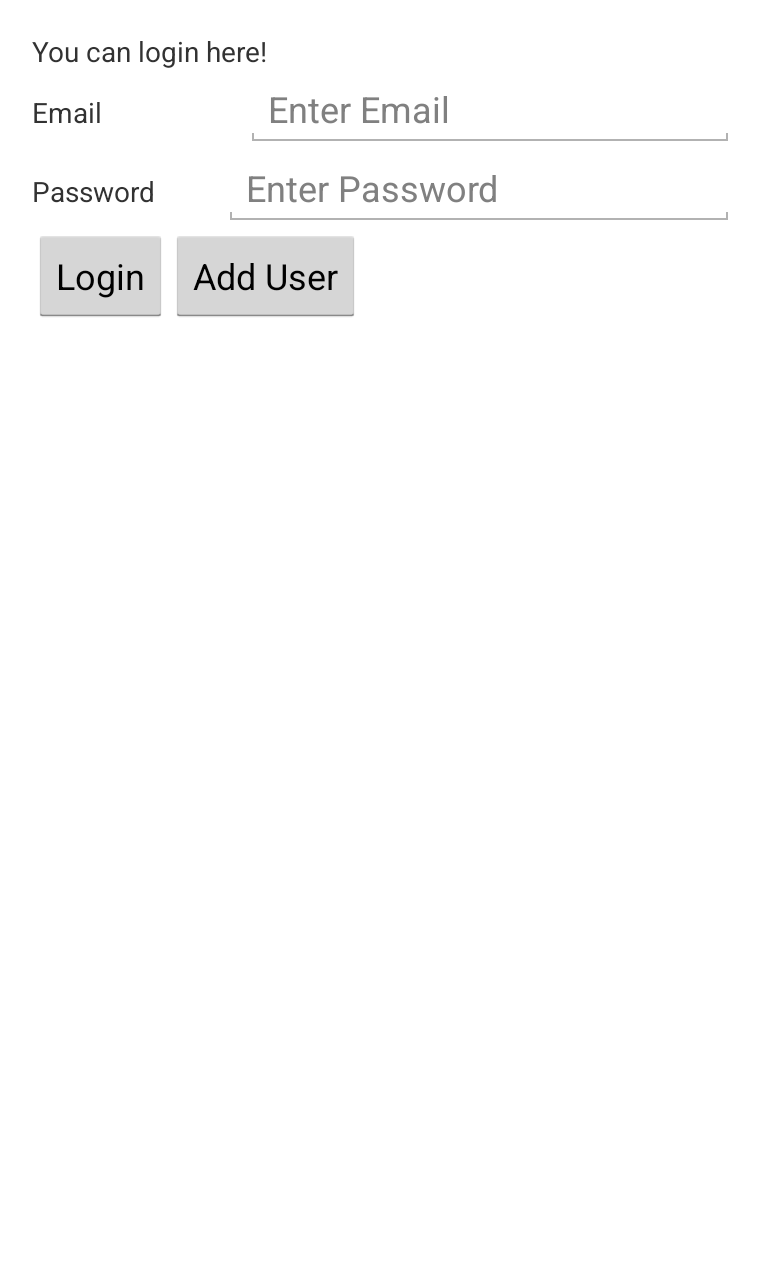
Repository: akhilnambiar/CS186_warmup1
Layout: frontend/LoginCounter/res/layout/activity_main.xml
The author's editor kept a copy of each file at every save. The layout is drawn from the files as they stood at one save, then again after the next save.
It is drawn on a 768 x 1280 px phone screen (xhdpi) without system bars, with theme AppTheme; the app's code is not run.

Above is the layout before, as saved 2014-02-19 18:22:34.

After the next save:
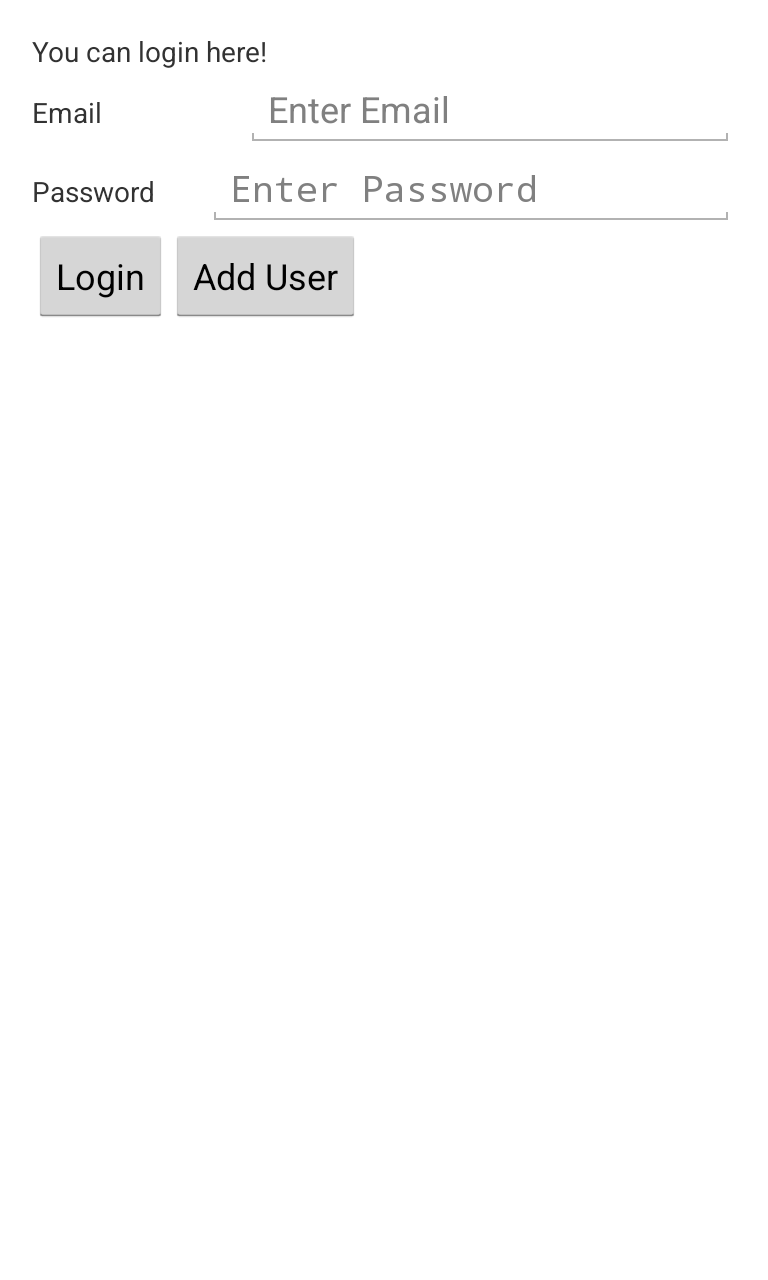
Saved 96 s later.
--- a/frontend/LoginCounter/res/layout/activity_main.xml
+++ b/frontend/LoginCounter/res/layout/activity_main.xml
@@ -46,7 +46,8 @@
         android:layout_width="wrap_content"
         android:layout_height="wrap_content"
         android:hint="@string/pass_message"
-        android:layout_weight="7" />
+        android:layout_weight="7"
+        android:password="true" />
     </LinearLayout>
     <LinearLayout
         android:layout_width="fill_parent"

After the save that followed:
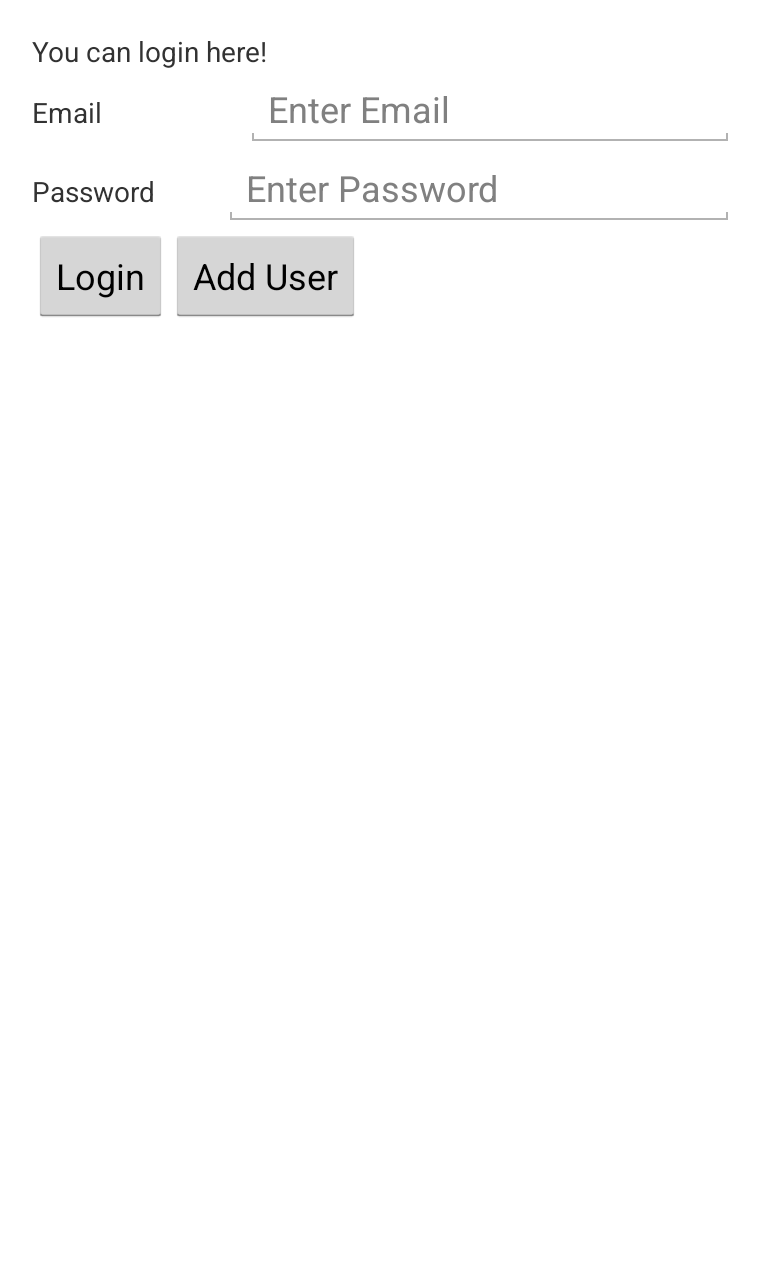
Saved 17 s later.
--- a/frontend/LoginCounter/res/layout/activity_main.xml
+++ b/frontend/LoginCounter/res/layout/activity_main.xml
@@ -47,7 +47,7 @@
         android:layout_height="wrap_content"
         android:hint="@string/pass_message"
         android:layout_weight="7"
-        android:password="true" />
+        android:inputType="password" />
     </LinearLayout>
     <LinearLayout
         android:layout_width="fill_parent"
